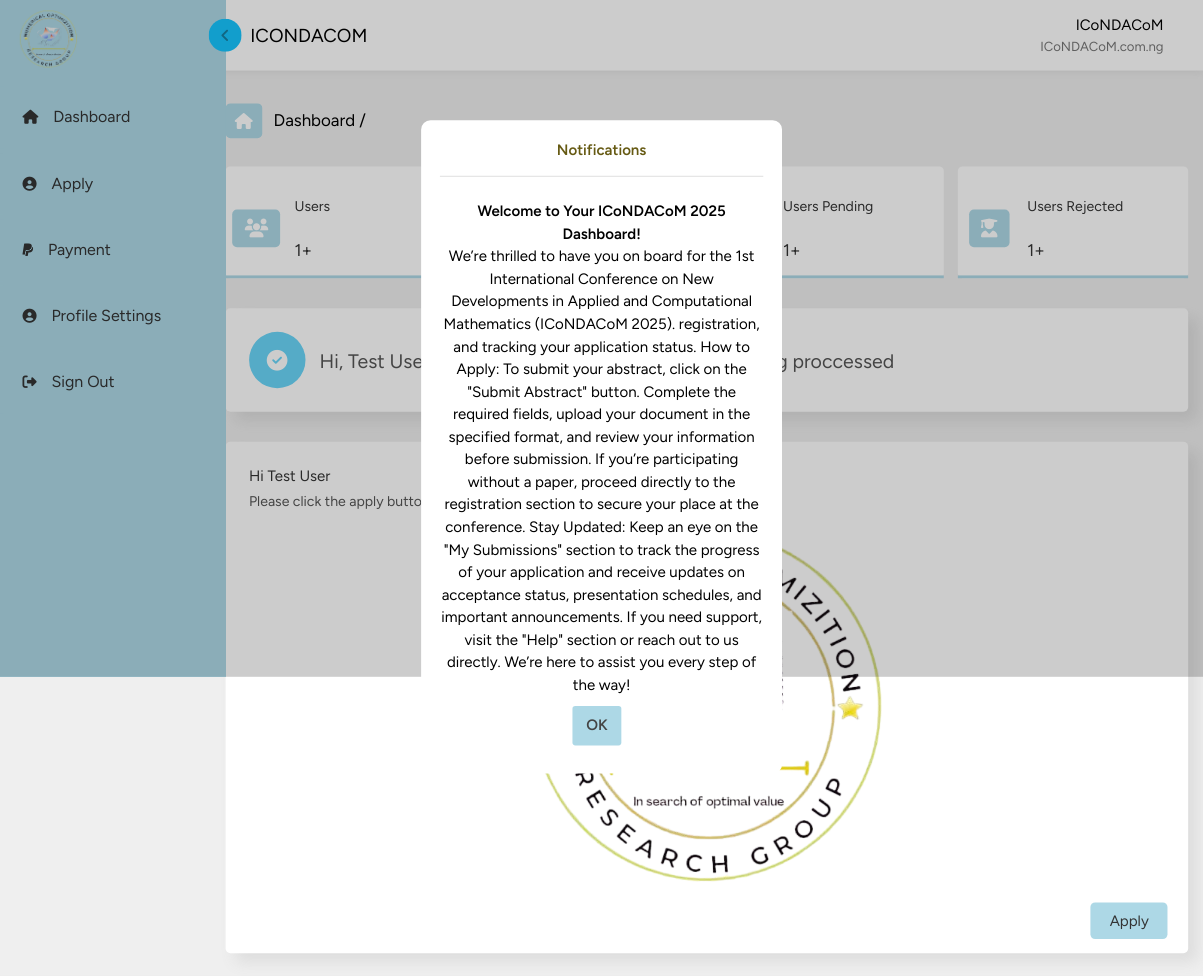
Repository: mrcode-gmb/aa-lectturn
Page: http://localhost/dashboard
These files come from the project's save history. The page is drawn as it stood at one moment and after the next save; the edit follows.
The browser window is 1280 px wide. The pictures show the whole page, at 94% of full size.
The page is served by the project's Laravel application, run on PHP 8.4 with Laravel 10. A made-up administrator, Test User (test@example.com), is signed in. Other server files are loaded and not shown. Queries for data that is not in the repository find no rows.

Above is the page before, as saved 2025-02-07 10:23:42.

### routes/web.php
<?php

use App\Models\User;
use Illuminate\Support\Facades\Mail;
use Illuminate\Support\Facades\Route;
use App\Http\Controllers\ProfileController;
use App\Http\Controllers\ApplyCompetationController;

/*
|--------------------------------------------------------------------------
| Web Routes
|--------------------------------------------------------------------------
|
| Here is where you can register web routes for your application. These
| routes are loaded by the RouteServiceProvider and all of them will
| be assigned to the "web" middleware group. Make something great!
|
*/

Route::get('/', function () {
    return view('welcome');
});

Route::get('/dashboard', function () {
    return view('dashboard',
    [
        "allUsers" => User::where("role",2)->count(),
        "allPendingUsers" => User::where("status",1)->count(),
        "allApprovedUsers" => User::where("status",2)->count(),
        "allRejectedUsers" => User::where("status",3)->count(),
    ]);
})->middleware(['auth', 'verified'])->name('dashboard');

Route::middleware('auth')->group(function () {
    Route::get('/profile', [ProfileController::class, 'edit'])->name('profile.edit');
    Route::patch('/profile', [ProfileController::class, 'update'])->name('profile.update');
    Route::delete('/profile', [ProfileController::class, 'destroy'])->name('profile.destroy');

    Route::controller(ApplyCompetationController::class)->group(function () {
        Route::get("/apply", "index")->name("apply");
        Route::get("/users/applied", "showAppliedUsers")->name("apply.showAppliedUsers");
        Route::get("/users/payment/histories", "showPaymentHistories")->name("apply.showPaymentHistories");
        Route::get("/users/all", "showAlldUsers")->name("all.showAppliedUsers");
        Route::post("apply/store", "store")->name("apply.store");
        Route::post("apply/update", "update")->name("apply.update");
        Route::post("apply/payment-status", "paymentStatus")->name("apply.paymentStatus");
        Route::get("/payment/user", "userPayment")->name("userPayment");
        Route::post("/payment/payment", "userPaymentPayment")->name("userPaymentPayment");
    });
});

require __DIR__ . '/auth.php';

### app/Models/User.php
<?php

namespace App\Models;

// use Illuminate\Contracts\Auth\MustVerifyEmail;
use Illuminate\Database\Eloquent\Factories\HasFactory;
use Illuminate\Foundation\Auth\User as Authenticatable;
use Illuminate\Notifications\Notifiable;
use Laravel\Sanctum\HasApiTokens;

class User extends Authenticatable
{
    use HasApiTokens, HasFactory, Notifiable;

    /**
     * The attributes that are mass assignable.
     *
     * @var array<int, string>
     */
    protected $fillable = [
        'name',
        'email',
        "status",
        'password',
    ];

    /**
     * The attributes that should be hidden for serialization.
     *
     * @var array<int, string>
     */
    protected $hidden = [
        'password',
        'remember_token',
    ];

    /**
     * The attributes that should be cast.
     *
     * @var array<string, string>
     */
    protected $casts = [
        'email_verified_at' => 'datetime',
        'password' => 'hashed',
    ];

    public function userApplied()
    {
        return $this->hasOne(ApplyCompetation::class);
    }
    public function payment()
    {
        return $this->hasOne(Payment::class);
    }
}

### resources/views/dashboard.blade.php
<x-app-layout>
    <div>
        <section id="mainbody">
            <div class="main-body">
                <div class="str">
                    <div class="str-home">
                        <i class="fa fa-home"></i>
                        <div class="db">
                            <h4>Dashboard / &nbsp;</h4>
                            <p></p>
                        </div>
                    </div>
                </div>
                <div>
                    <div class="tabs" id="tabls">
                        <div class="">
                            <div class="container-fluiding">
                                <div class="col-md-3">
                                    <div class="icon-flex">
                                        <div class="left">
                                            <i class="fa fa-users"></i>
                                        </div>
                                        <div class="right">
                                            <h4>Users</h4>
                                            <p class="percent" id="percent">0%</p>
                                        </div>
                                    </div>
                                    <div class="loader">
                                        <div class="shows" id="shows"></div>
                                    </div>
                                </div>
                                <div class="col-md-3">
                                    <div class="icon-flex">
                                        <div class="left">
                                            <i class="fa fa-hand-point-right"></i>
                                        </div>
                                        <div class="right">
                                            <h4>Users Approved</h4>
                                            <p class="percent" id="percent1">0%</p>
                                        </div>
                                    </div>
                                    <div class="loader">
                                        <div class="shows" id="shows1"></div>
                                    </div>
                                </div>
                                <div class="col-md-3">
                                    <div class="icon-flex">
                                        <div class="left">
                                            <i class="fa fa-money-check-alt"></i>
                                        </div>
                                        <div class="right">
                                            <h4>Users Pending</h4>
                                            <p class="percent" id="percent2">0%</p>
                                        </div>
                                    </div>
                                    <div class="loader">
                                        <div class="shows" id="shows2"></div>
                                    </div>
                                </div>
                                <div class="col-md-3">
                                    <div class="icon-flex">
                                        <div class="left">
                                            <i class="fa fa-user-graduate"></i>
                                        </div>
                                        <div class="right">
                                            <h4>Users Rejected</h4>
                                            <p class="percent" id="percent3">0%</p>
                                        </div>
                                    </div>
                                    <div class="loader">
                                        <div class="shows" id="shows3"></div>
                                    </div>
                                </div>
                            </div>
                        </div>
                        <x-auth-session-status class="mb-4" :status="session('status')" />
                        @if (Auth::user()->status != 0)
                            @if (Auth::user()->status == 1)
                                <div class="full-chart">
                                    <div class="chart-title flex-class">
                                        <div class="circle-pending">
                                            <i class="fa fa-check-circle"></i>
                                        </div>
                                        <div class="circle-text">
                                            <p>Hi, {{ Auth::user()->name }}, Congratulation your application is being
                                                proccessed </p>
                                        </div>
                                    </div>
                                </div>
                            @elseif (Auth::user()->status == 2)
                                <div class="full-chart">
                                    <div class="chart-title flex-class">
                                        <div class="circle-success">
                                            <i class="fa fa-check-circle"></i>
                                        </div>
                                        <div class="circle-text">
                                            <p>Hi, {{ Auth::user()->name }}, Congratulation your application has been
                                                approved.
                                            </p>
                                        </div>
                                    </div>
                                </div>
                            @elseif (Auth::user()->status == 3)
                                <div class="full-chart">
                                    <div class="chart-title flex-class">
                                        <div class="circle-rejected">
                                            <i class="fa fa-check-circle"></i>
                                        </div>
                                        <div class="circle-text">
                                            <p>Hi, {{ Auth::user()->name }}, Sorry your application cannot be
                                                considered.
                                            </p>
                                        </div>
                                    </div>
                                </div>
                            @else
                            @endif
                        @endif
                    </div>
                </div>

                @if (Auth::user()->role == 1)
                    <div>
                        <div class="tabs" id="tabls">
                            <div class="full-chart">
                                <div class="chart-title">
                                    <h3>Hi {{ Auth::user()->name }} (Super Admin)</h3>
                                    <p>Please click the manage users button to view, approved, or reject user who apply
                                    </p>
                                </div>
                                <div class="dont-have">
                                    <img src="{{ asset('asset/photos/WhatsApp_Image_2024-10-23_at_8.20.45_PM-removebg-preview.png') }}"
                                        alt="">
                                </div>
                                <div class="create-app">
                                    <a href="apply">
                                        Manage Users
                                    </a>
                                </div>
                            </div>
                            <br>
                        </div>
                    </div>
                @else
                    <div>
                        <div class="tabs" id="tabls">
                            <div class="full-chart">
                                <div class="chart-title">
                                    <h3>Hi {{ Auth::user()->name }}</h3>
                                    <p>Please click the apply button to apply</p>
                                </div>
                                <div class="dont-have">
                                    <img src="{{ asset('asset/photos/WhatsApp_Image_2024-10-23_at_8.20.45_PM-removebg-preview.png') }}"
                                        alt="">
                                </div>
                                <div class="create-app">
                                    <a href="apply">
                                        Apply
                                    </a>
                                </div>
                            </div>
                            <br>
                        </div>
                    </div>
                @endif
                <!-- end design dashboard content  -->
            </div>
        </section>
    </div>
    <div class="modal d-nones text-center font-bold" id="modal">
        <div class="modal-dialog">
            <div class="modal-head">
                <p><b>Notifications</b> </p>
            </div>
            <form class="modal-body">
                <p>
                    <b>Welcome to Your ICoNDACoM 2025 Dashboard!</b> <br>
We’re thrilled to have you on board for the 1st International Conference on New Developments in Applied and Computational Mathematics (ICoNDACoM 2025).  registration, and tracking your application status.

How to Apply:
To submit your abstract, click on the "Submit Abstract" button. Complete the required fields, upload your document in the specified format, and review your information before submission. If you’re participating without a paper, proceed directly to the registration section to secure your place at the conference.

Stay Updated:
Keep an eye on the "My Submissions" section to track the progress of your application and receive updates on acceptance status, presentation schedules, and important announcements. If you need support, visit the "Help" section or reach out to us directly. We’re here to assist you every step of the way!


                </p>
                <div class="modal-footer text-center">
                    <button type="button" onclick="modalDismiss()">OK</button>
                </div>
            </form>
        </div>
    </div>
    <script>
        const modalDismiss = ()=>{
            document.querySelector("#modal").style.display = "none";
        }
        window.onclick = (e)=>{
            const modal = document.getElementById("modal")
            if(e.target == modal){
                document.querySelector("#modal").style.display = "none";
            }
        }
        window.onload = () => {
            let loader = document.querySelector(".shows"),
                percent = document.querySelector("#percent");

            let loaderStart = 0,
                loaderEnd = {{ $allUsers < 1 ? 1 : $allUsers }},
                loaderTime = 60;

            let start = setInterval(() => {
                loaderStart++;

                percent.textContent = loaderStart + '+';
                loader.style.width = `${loaderStart}`;
                loader.style.background = `rgb(173, 216, 230)`;


                if (loaderStart == loaderEnd) {
                    clearInterval(start);
                }
            }, loaderTime);


            let loader1 = document.querySelector("#shows1"),
                percent1 = document.querySelector("#percent1");

            let loaderStart1 = 0,
                loaderEnd1 = {{ $allApprovedUsers < 1 ? 1 : $allApprovedUsers }},
                loaderTime1 = 60;

            let start1 = setInterval(() => {
                loaderStart1++;

                percent1.textContent = loaderStart1 + '+';
                loader1.style.width = `${loaderStart1}`;
                loader1.style.background = `rgb(173, 216, 230)`;


                if (loaderStart1 == loaderEnd1) {
                    clearInterval(start1);
                }
            }, loaderTime1);




            let loader2 = document.querySelector("#shows2"),
                percent2 = document.querySelector("#percent2");

            let loaderStart2 = 0,
                loaderEnd2 = {{ $allPendingUsers < 1 ? 1 : $allPendingUsers }},
                loaderTime2 = 60;

            let start2 = setInterval(() => {
                loaderStart2++;

                percent2.textContent = loaderStart2 + '+';
                loader2.style.width = `${loaderStart2}`;
                loader2.style.background = `rgb(173, 216, 230)`;


                if (loaderStart2 == loaderEnd2) {
                    clearInterval(start2);
                }
            }, loaderTime2);


            let loader3 = document.querySelector("#shows3"),
                percent3 = document.querySelector("#percent3");

            let loaderStart3 = 0,
                loaderEnd3 = {{ $allRejectedUsers < 1 ? 1 : $allRejectedUsers }},
                loaderTime3 = 60;

            let start3 = setInterval(() => {
                loaderStart3++;

                percent3.textContent = loaderStart3 + '+';
                loader3.style.width = `${loaderStart3}`;
                loader3.style.background = `rgb(173, 216, 230)`;


                if (loaderStart3 == loaderEnd3) {
                    clearInterval(start3);
                }
            }, loaderTime3);

        }
    </script>
</x-app-layout>

### resources/views/components/auth-session-status.blade.php
@props(['status'])

@if ($status)
    <div {{ $attributes->merge(['class' => 'font-medium text-sm text-green-600 dark:text-green-400 alert-success']) }}>
        <i class="fa fa-check-circle"></i>&nbsp;{{ $status }}
    </div>
@endif

Loaded but not shown: routes/auth.php (common file); app/Http/Controllers/Auth/EmailVerificationPromptController.php (common file); app/Http/Controllers/Controller.php (common file); app/Http/Controllers/Auth/VerifyEmailController.php (common file); app/View/Components/AppLayout.php (common file); public/asset/fontawesome-free/css/all.min.css (library); public/asset/fontawesome-free/css/all.css (library); public/asset/styles.css (1619 lines, source omitted); public/asset/form.css (503 lines, source omitted); resources/views/layouts/app.blade.php (123 lines, source omitted); resources/views/layouts/navigation.blade.php (128 lines, source omitted)

After the next save:
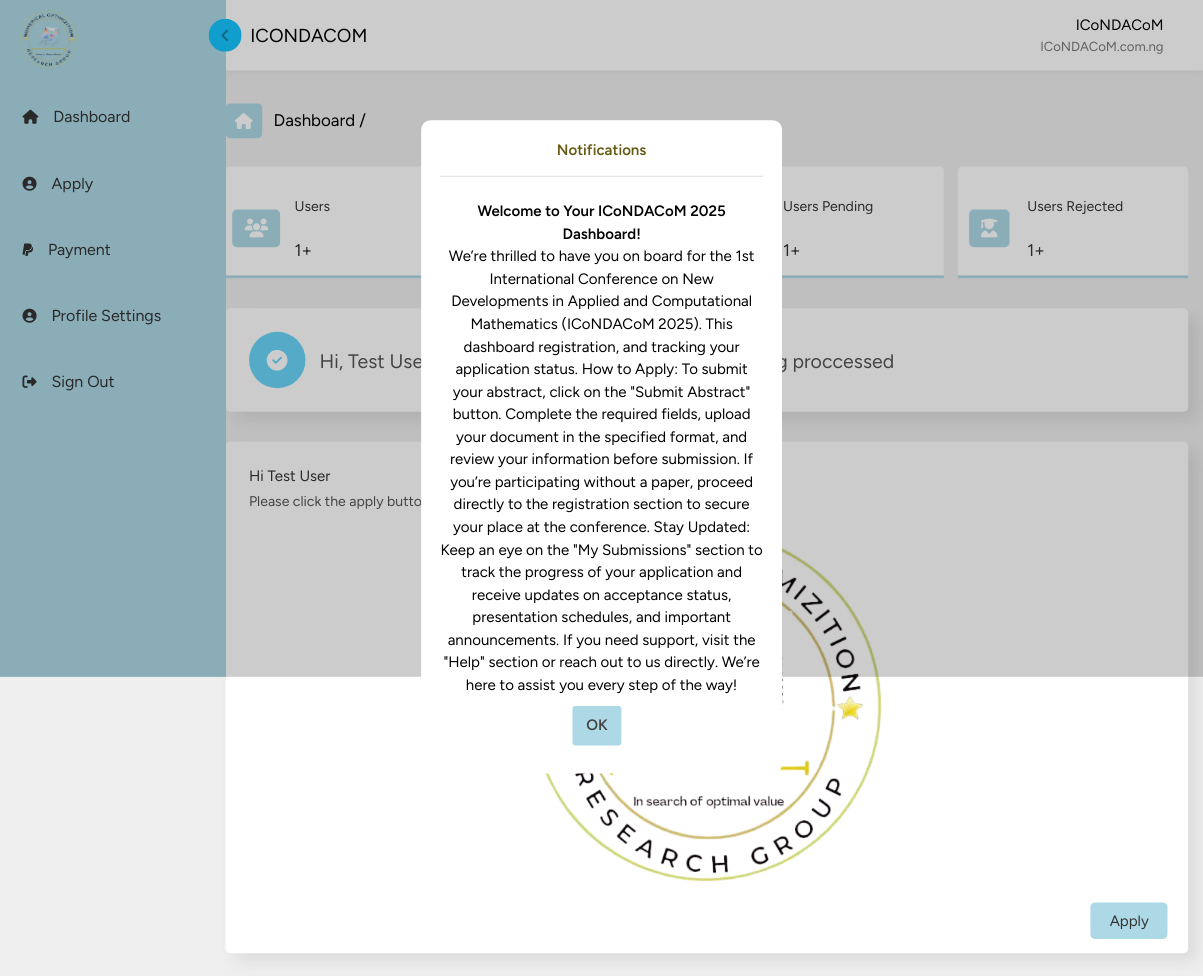
Saved 6 s later.
--- a/resources/views/dashboard.blade.php
+++ b/resources/views/dashboard.blade.php
@@ -175,7 +175,7 @@
             <form class="modal-body">
                 <p>
                     <b>Welcome to Your ICoNDACoM 2025 Dashboard!</b> <br>
-We’re thrilled to have you on board for the 1st International Conference on New Developments in Applied and Computational Mathematics (ICoNDACoM 2025).  registration, and tracking your application status.
+We’re thrilled to have you on board for the 1st International Conference on New Developments in Applied and Computational Mathematics (ICoNDACoM 2025). This dashboard registration, and tracking your application status.
 
 How to Apply:
 To submit your abstract, click on the "Submit Abstract" button. Complete the required fields, upload your document in the specified format, and review your information before submission. If you’re participating without a paper, proceed directly to the registration section to secure your place at the conference.
